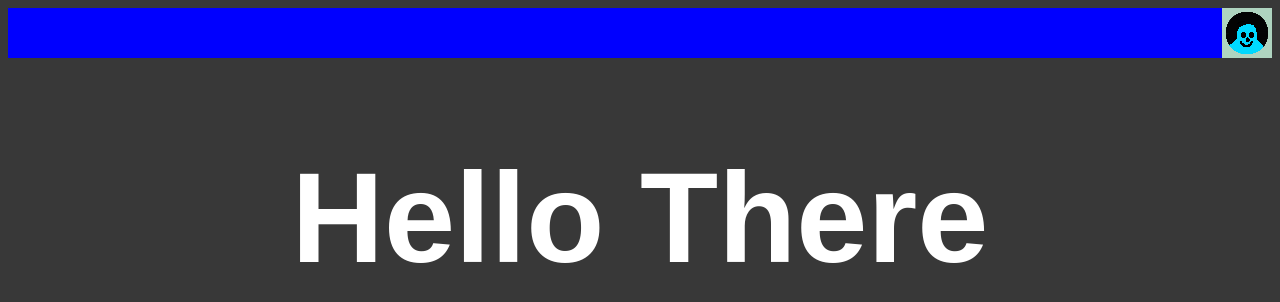
Repository: thecptwaffles/NeonWhiteAssetWebsite
Page: index.html
These files come from the project's save history. The page is drawn as it stood at one moment and after the next save; the edit follows.
The browser window is 1280 px wide. The pictures show the whole page.

Above is the page before, as saved 2022-07-01 13:26:10.

After the next save:
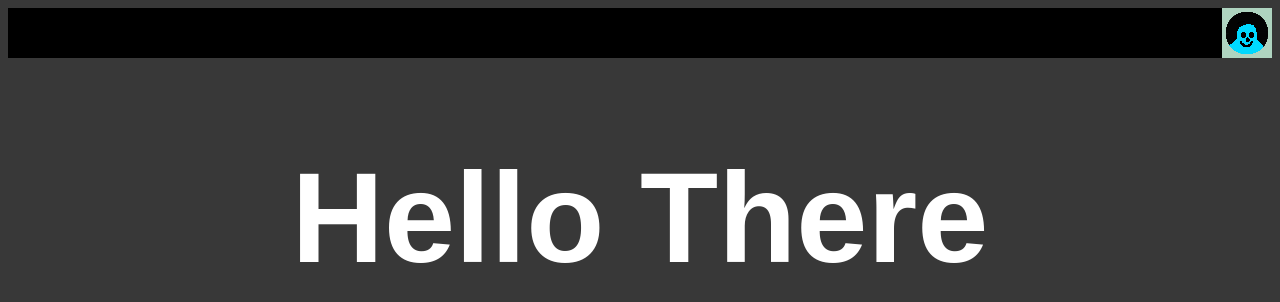
Saved 81 s later.
--- a/style.css
+++ b/style.css
@@ -12,7 +12,7 @@
 }
 
 nav {
-    background-color: blue;
+    background-color: black;
     margin: 0;
     padding: 0;
 }
